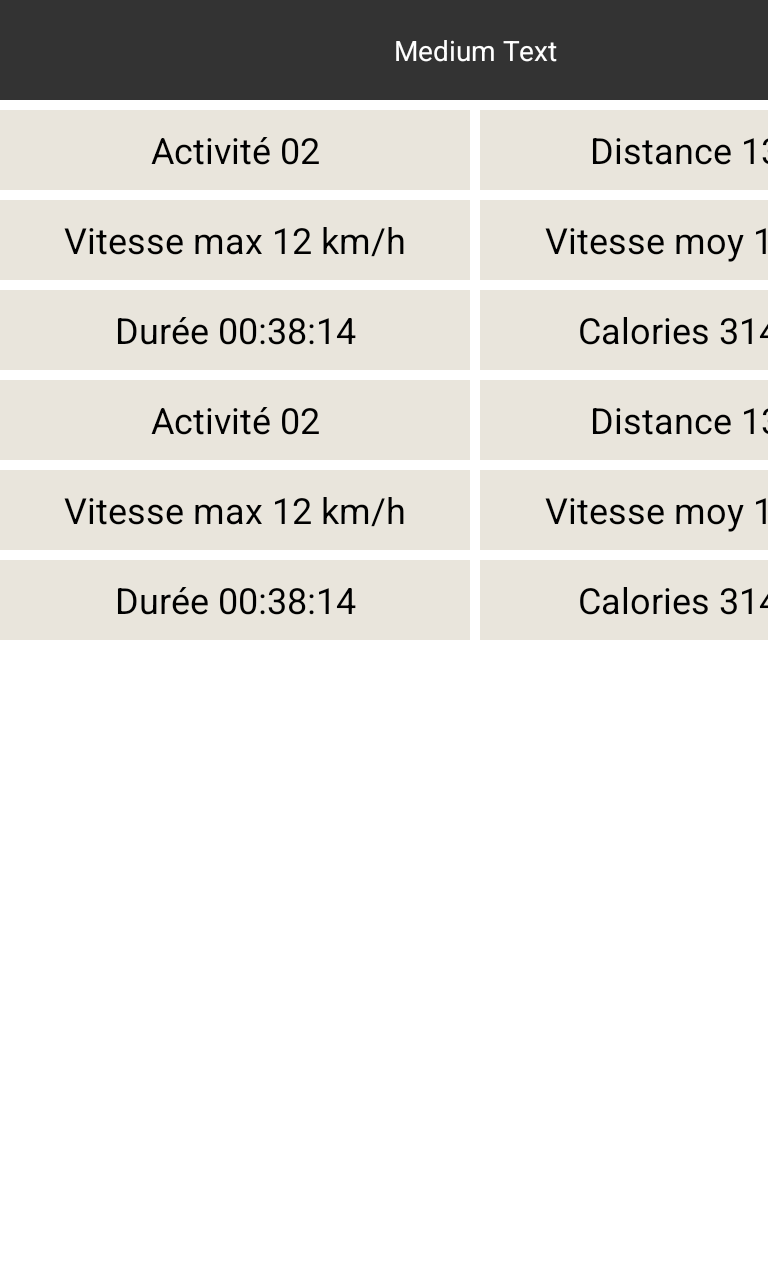
Repository: dekeym/Projet-IHM
Layout: WorkSpace/ChallengeMe/res/layout/fragment_stats.xml
An editor plug-in stored every save of this project. The layout is shown before and after the next save, followed by the edit.
It is drawn on a 768 x 1280 px phone screen (xhdpi) without system bars, with theme android:Theme.Holo.Light.DarkActionBar; the app's code is not run.

Above is the layout before, as saved 2014-12-18 14:03:39.

After the next save:
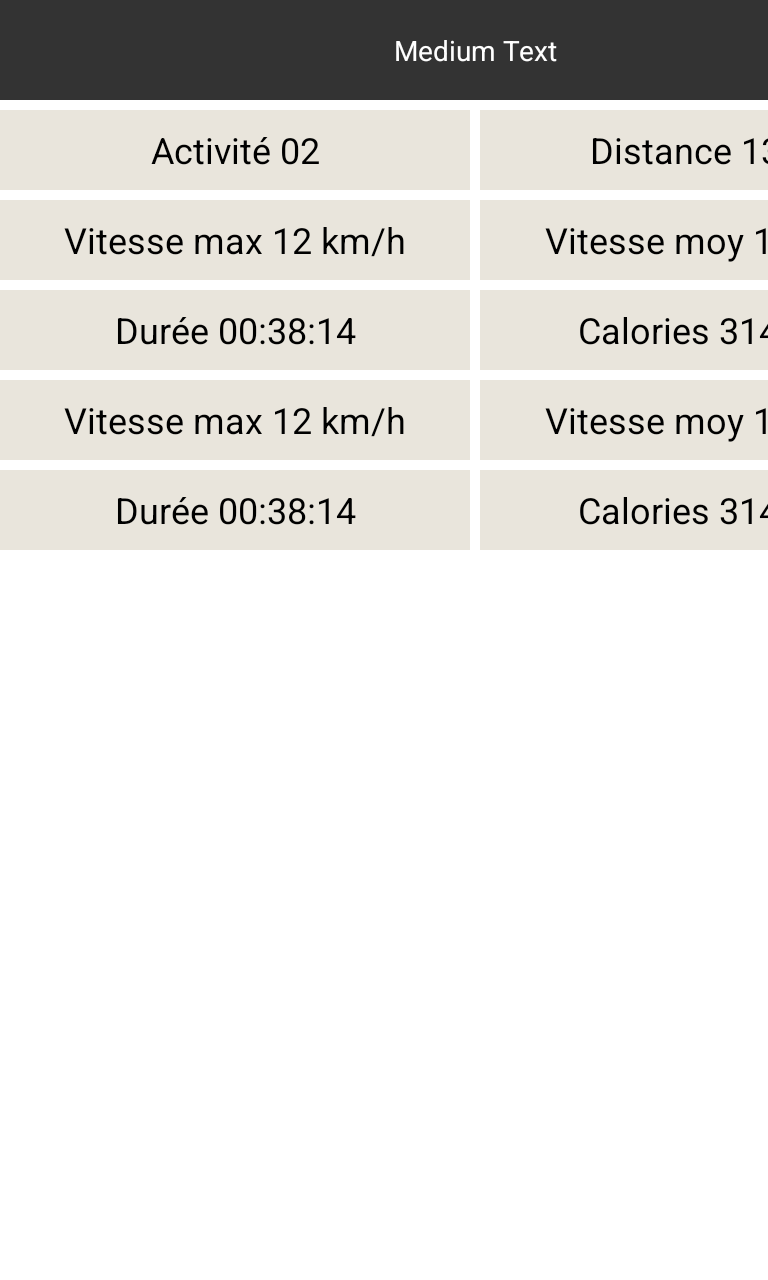
Saved 28 s later.
--- a/WorkSpace/ChallengeMe/res/layout/fragment_stats.xml
+++ b/WorkSpace/ChallengeMe/res/layout/fragment_stats.xml
@@ -120,31 +120,7 @@
                     android:textAppearance="?android:attr/textAppearanceMedium" />
             </LinearLayout>
 
-            <LinearLayout
-                android:layout_width="475dp"
-                android:layout_height="wrap_content" >
 
-                <TextView
-                    android:id="@+id/statstextView3"
-                    android:layout_width="235dp"
-                    android:layout_height="40dp"
-                    android:layout_marginRight="5dp"
-                    android:layout_marginTop="5dp"
-                    android:background="#e9e5dc"
-                    android:gravity="center"
-                    android:text="Activité 02"
-                    android:textAppearance="?android:attr/textAppearanceMedium" />
-
-                <TextView
-                    android:id="@+id/statstextView24"
-                    android:layout_width="235dp"
-                    android:layout_height="40dp"
-                    android:layout_marginTop="5dp"
-                    android:background="#e9e5dc"
-                    android:gravity="center"
-                    android:text="Distance 13 km"
-                    android:textAppearance="?android:attr/textAppearanceMedium" />
-            </LinearLayout>
 
             <LinearLayout
                 android:layout_width="475dp"
